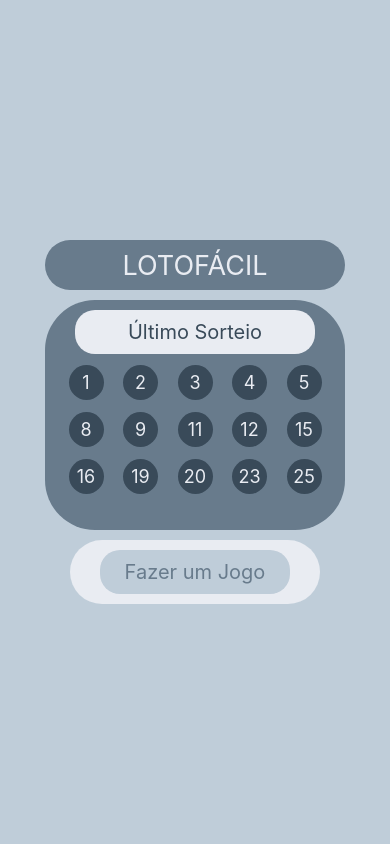
Repository: Deyvid-Kasteh/LotofacilApp
Screen: /
These files come from the project's save history. The screen is drawn as it stood at one moment and after a run of saves; the edit follows.
The app was drawn by React Native's web renderer in a window 390 px wide. The project was rebuilt for these pictures with package versions that can differ from the ones it lists, and the page was loaded fresh each time.

Above is the screen before, as saved 2023-11-27 07:30:59.

### App.js
import { StatusBar } from 'expo-status-bar';
import { Text, View } from 'react-native';
import MainPage from './pages/MainPage';

export default function App() {
  return (
    <MainPage/>
  );
}

### pages/MainPage.js
import { View, Text } from 'react-native'
import React from 'react'
import { StatusBar } from "expo-status-bar";
import Resultado from '../components/Resultado';
import PaginaTesteee from '../paginaTESTE';

const MainPage = () => {
  return (
    <View
      style={{
        flex: 1,
        alignItems: "center",
        justifyContent: "center",
        backgroundColor: "#BFCDD9",
        // backgroundColor: "#E9ECF2",
      }}
    >
      <StatusBar style="auto" />
      {/* <Text>Lotofácil</Text> */}
      <Resultado />
      {/* <PaginaTesteee/> */}
    </View>
  );
}

export default MainPage

### components/Resultado.js
import { View, Text, TouchableOpacity } from "react-native";
import React, { useState } from "react";
import Bubble from "./Bubble";
import latestJson from "../Latest.json";

const Resultado = () => {
  const [viewHeight, setViewHeight] = useState(50);
  const toggleHeight = () => {
    const newHeight = viewHeight === 50 ? 200 : 50;
    setViewHeight(newHeight);
    console.log("mudou");
  };

  const dezenas = latestJson.Dezenas;
  const dezenasParaEscolher = [
    1, 2, 3, 4, 5, 6, 7, 8, 9, 10, 11, 12, 13, 14, 15, 16, 17, 18, 19, 20, 21,
    22, 23, 24, 25,
  ];

  const changeStyle = () => {
    console.log(latestJson.Dezenas);
  };

  const renderFazerJogo = () => {
    if (viewHeight === 50) {
    } else {
      return (
        <View
          style={{
            flexWrap: "wrap",
            flexDirection: "row",
            alignContent: "center",
            justifyContent: "space-evenly",
          }}
        >
          {dezenasParaEscolher.map((numero, index) => (
            <TouchableOpacity key={index} onPress={() => {
              const choose  = true
            }}>
              <Bubble numero={numero} />
            </TouchableOpacity>
          ))}
        </View>
      );
    }
  };

  return (
    <View
      style={{
        flex: 1,
        justifyContent: "center",
        alignItems: "center",
      }}
    >
      <View
        style={{
          width: 300,
          height: 50,
          borderRadius: 50,
          alignItems: "center",
          justifyContent: "center",
          elevation: 2,
          backgroundColor: "#687B8C",
          marginBottom: 10,
        }}
      >
        <Text
          style={{
            color: "#E9ECF2",
            // color: "#394A59",
            fontSize: 27,
          }}
        >
          LOTOFÁCIL
        </Text>
      </View>
      <View
        style={{
          width: 300,
          height: 230,
          padding: 10,
          borderRadius: 50,
          // flexWrap: "wrap",
          // flexDirection: "row",
          // alignContent: "center",
          // justifyContent: "flex-start",
          alignItems: "center",
          elevation: 2,
          // backgroundColor: "#95ACBF",
          // backgroundColor: "#E9ECF2",
          // backgroundColor: "#394A59",
          backgroundColor: "#687B8C",
          // backgroundColor: "#BFCDD9",
          marginBottom: 10,
        }}
      >
        <TouchableOpacity
          style={{
            width: 240,
            backgroundColor: "#394A59",
            backgroundColor: "#687B8C",
            backgroundColor: "#E9ECF2",

            elevation: 5,
            // alignContent: "center",
            justifyContent: "center",
            alignItems: "center",

            padding: 10,
            borderRadius: 20,
            marginBottom: 5,
          }}
          onPress={() => changeStyle()}
        >
          <Text
            style={{
              color: "#E9ECF2",
              color: "#394A59",

              fontSize: 20,
            }}
          >
            Último Sorteio
          </Text>
        </TouchableOpacity>
        <View
          style={{
            flexWrap: "wrap",
            flexDirection: "row",
            alignContent: "center",
            justifyContent: "space-evenly",
          }}
        >
          {dezenas.map((numero, index) => (
            <Bubble key={index} numero={numero} />
          ))}
        </View>
      </View>

      {/* SEPARAÇÃO */}
      {/* SEPARAÇÃO */}
      <View
        style={[
          {
            width: 300,
            // height: 320,
            padding: 10,
            borderRadius: 50,

            alignItems: "center",
            elevation: 2,
            // backgroundColor: "#95ACBF",
            // backgroundColor: "#E9ECF2",
            // backgroundColor: "#394A59",
            backgroundColor: "#687B8C",
            // backgroundColor: "#BFCDD9",
          },
          viewHeight === 50
            ? { width: 250, backgroundColor: "#E9ECF2" }
            : { width: 300, backgroundColor: "#687B8C" },
        ]}
      >
        <TouchableOpacity
          style={[
            {
              width: 240,
              backgroundColor: "#394A59",
              backgroundColor: "#687B8C",
              backgroundColor: "#E9ECF2",
              elevation: 5,
              justifyContent: "center",
              alignItems: "center",
              padding: 10,
              borderRadius: 20,
            },
            viewHeight === 50
              ? { width: 190, backgroundColor: "#BFCDD9" }
              : { width: 240, backgroundColor: "#E9ECF2" },
          ]}
          onPress={() => toggleHeight()}
        >
          <Text
            style={[
              {
                fontSize: 20,
              },
              viewHeight === 50 ? { color: "#687B8C" } : { color: "#394A59" },
            ]}
          >
            Fazer um Jogo
          </Text>
        </TouchableOpacity>
        {renderFazerJogo()}
      </View>

      {/* <View
        style={{
          width: 250,
          height: 70,
          // padding: 10,
          borderRadius: 50,
          marginTop: 10,
          alignContent: "center",
          justifyContent: "center",
          justifyContent: "space-around",
          alignItems: "center",
          elevation: 2,
          // backgroundColor: "#95ACBF",
          backgroundColor: "#E9ECF2",
          // backgroundColor: "#394A59",
          // backgroundColor: "#687B8C",
          // backgroundColor: "#BFCDD9",
          // backgroundColor: "#687B8C",
        }}
      >
        <TouchableOpacity
          style={{
            width: 190,
            backgroundColor: "#394A59",
            // backgroundColor: "#687B8C",
            // backgroundColor: "#E9ECF2",
            backgroundColor: "#95ACBF",
            backgroundColor: "#BFCDD9",

            // elevation: 2,
            alignContent: "center",
            justifyContent: "center",
            alignItems: "center",
            padding: 10,
            borderRadius: 20,
          }}
          onPress={() => changeStyle()}
        >
          <Text
            style={{
              color: "#E9ECF2",
              color: "#394A59",
              color: "#687B8C",

              fontSize: 20,
            }}
          >
            Estatisticas
          </Text>
        </TouchableOpacity>
      </View> */}
      {/* <View
        style={{
          width: 250,
          height: 70,
          // padding: 10,
          borderRadius: 50,
          marginTop: 10,
          alignContent: "center",
          justifyContent: "center",
          justifyContent: "space-around",
          alignItems: "center",
          elevation: 2,
          // backgroundColor: "#95ACBF",
          backgroundColor: "#E9ECF2",
          // backgroundColor: "#394A59",
          // backgroundColor: "#687B8C",
          // backgroundColor: "#BFCDD9",
          // backgroundColor: "#687B8C",
        }}
      >
        <TouchableOpacity
          style={{
            width: 190,
            backgroundColor: "#394A59",
            // backgroundColor: "#687B8C",
            // backgroundColor: "#E9ECF2",
            backgroundColor: "#95ACBF",
            backgroundColor: "#BFCDD9",

            // elevation: 2,
            alignContent: "center",
            justifyContent: "center",
            alignItems: "center",
            padding: 10,
            borderRadius: 20,
          }}
          onPress={() => changeStyle()}
        >
          <Text
            style={{
              color: "#E9ECF2",
              color: "#394A59",
              color: "#687B8C",

              fontSize: 20,
            }}
          >
            Conferir resultado
          </Text>
        </TouchableOpacity>
      </View> */}
    </View>
  );
};

export default Resultado;

### components/Bubble.js
import { View, Text } from "react-native";
import React from "react";

const Bubble = (props) => {
  return (
    <View
      style={{
        width: 35,
        height: 35,
        backgroundColor: "#394A59",
        // backgroundColor: "#687B8C",

        borderRadius: 50,
        alignContent: "center",
        justifyContent: "center",
        alignItems: "center",
        margin: 6,
        // elevation: 5,
        opacity: 1,
      }}
    >
      <Text
        style={{
          color: "#E9ECF2",
          fontSize: 18,
        }}
      >
        {props.numero}
      </Text>
    </View>
  );
};

export default Bubble;

### Latest.json
{
  "concurso": 2960,
  "Data Sorteio": "22/11/2023",
  "Dezenas": [
    1,
    2,
    3,
    4,
    5,
    8,
    9,
    11,
    12,
    15,
    16,
    19,
    20,
    23,
    25
  ],
  "Ganhadores 15 acertos": 3,
  "Cidade / UF": "BRASILIA/DF; JARAGUA/GO; IPATINGA/MG",
  "Premio 15 Acertos": "R$1.639.439,24",
  "Ganhadores 14 Acertos": 433,
  "Premio 14 Acertos": "R$1.732,84",
  "Ganhadores 13 Acertos": 13831,
  "Premio 13 Acertos": "R$30,00",
  "Ganhadores 12 Acertos": 163567,
  "Premio 12 Acertos": "R$12,00",
  "Ganhadores 11 Acertos": 882304,
  "Premio 11 Acertos": "R$6,00"
}

### paginaTESTE.js
import React, { useState } from 'react';
import { View, TouchableOpacity, Text, StyleSheet } from 'react-native';

const PaginaTesteee = () => {
  const [viewHeight, setViewHeight] = useState(50);

  const toggleHeight = () => {
    const newHeight = viewHeight === 50 ? 200 : 50;
    setViewHeight(newHeight);
  };

  const renderText = () => {
    if (viewHeight === 50) {
      return <Text>Texto de 1 linha</Text>;
    } else {
      return (
        <Text>
          Texto de 6 linhas
          {"\n"}Linha 2{"\n"}Linha 3{"\n"}Linha 4{"\n"}Linha 5{"\n"}Linha 6
        </Text>
      );
    }
  };



const data = [
  { id: 1, value: "Item 1" },
  { id: 2, value: "Item 2" },
  { id: 3, value: "Item 3" },
  // ... mais objetos de dados
];

return (
  <View style={styles.container}>
    {data.map((item) => {
      let dynamicStyle = {};
      if (item.id % 2 === 0) {
        dynamicStyle.backgroundColor = "lightblue";
      } else {
        dynamicStyle.backgroundColor = "lightgreen";
      }

      return (
        <View key={item.id} style={[styles.item, dynamicStyle]}>
          <Text>{item.value}</Text>
        </View>
      );
    })}
  </View>
);

  // return (
  //   <View style={styles.container}>
  //     {/* A View cuja altura queremos modificar */}
  //     <View style={[styles.box, { height: viewHeight }]}>{renderText()}</View>

  //     {/* Botão fixo na parte inferior da tela */}
  //     <TouchableOpacity style={styles.button} onPress={toggleHeight}>
  //       <Text>Toggle Altura</Text>
  //     </TouchableOpacity>
  //   </View>
  // );
};

// const styles = StyleSheet.create({
//   container: {
//     flex: 1,
//     justifyContent: "flex-end", // Alinha a View na parte inferior da tela
//     alignItems: "center",
//   },
//   box: {
//     width: 300,
//     backgroundColor: "blue",
//     padding: 10, // Adiciona algum espaço interno para o texto
//   },
//   button: {
//     marginTop: 20,
//     padding: 10,
//     backgroundColor: "green",
//   },
// });

const styles = StyleSheet.create({
  container: {
    flex: 1,
    justifyContent: "center",
    alignItems: "center",
  },
  item: {
    padding: 10,
    margin: 5,
  },
});








export default PaginaTesteee;

After the next 2 saves:
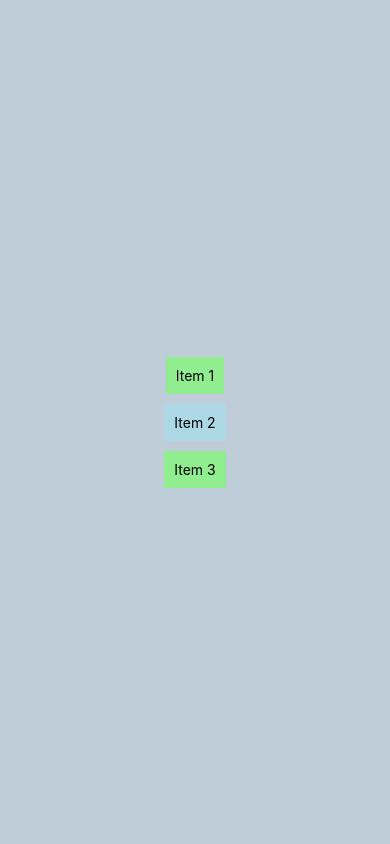
The 2 saves are shown as one change because they came seconds apart.
The last was saved 10 s later.
--- a/pages/MainPage.js
+++ b/pages/MainPage.js
@@ -17,8 +17,8 @@
     >
       <StatusBar style="auto" />
       {/* <Text>Lotofácil</Text> */}
-      <Resultado />
-      {/* <PaginaTesteee/> */}
+      {/* <Resultado /> */}
+      <PaginaTesteee/>
     </View>
   );
 }
